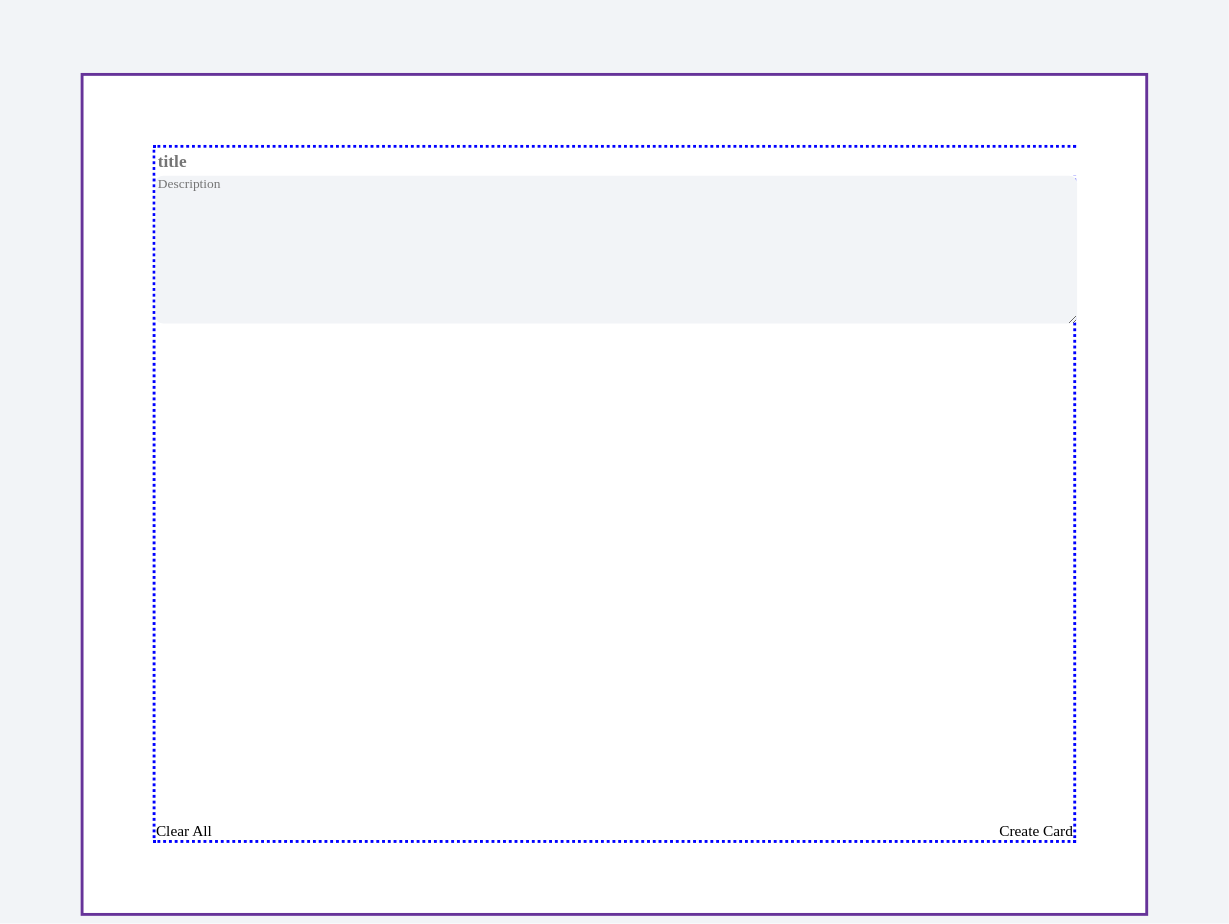
Repository: ReyhanehRahmani/TO-DO
Page: index.html
These files come from the project's save history. The page is drawn as it stood at one moment and after the next save; the edit follows.
The browser window is 1280 px wide. The pictures show the whole page, at 96% of full size.

Above is the page before, as saved 2025-06-07 22:29:34.

After the next save:
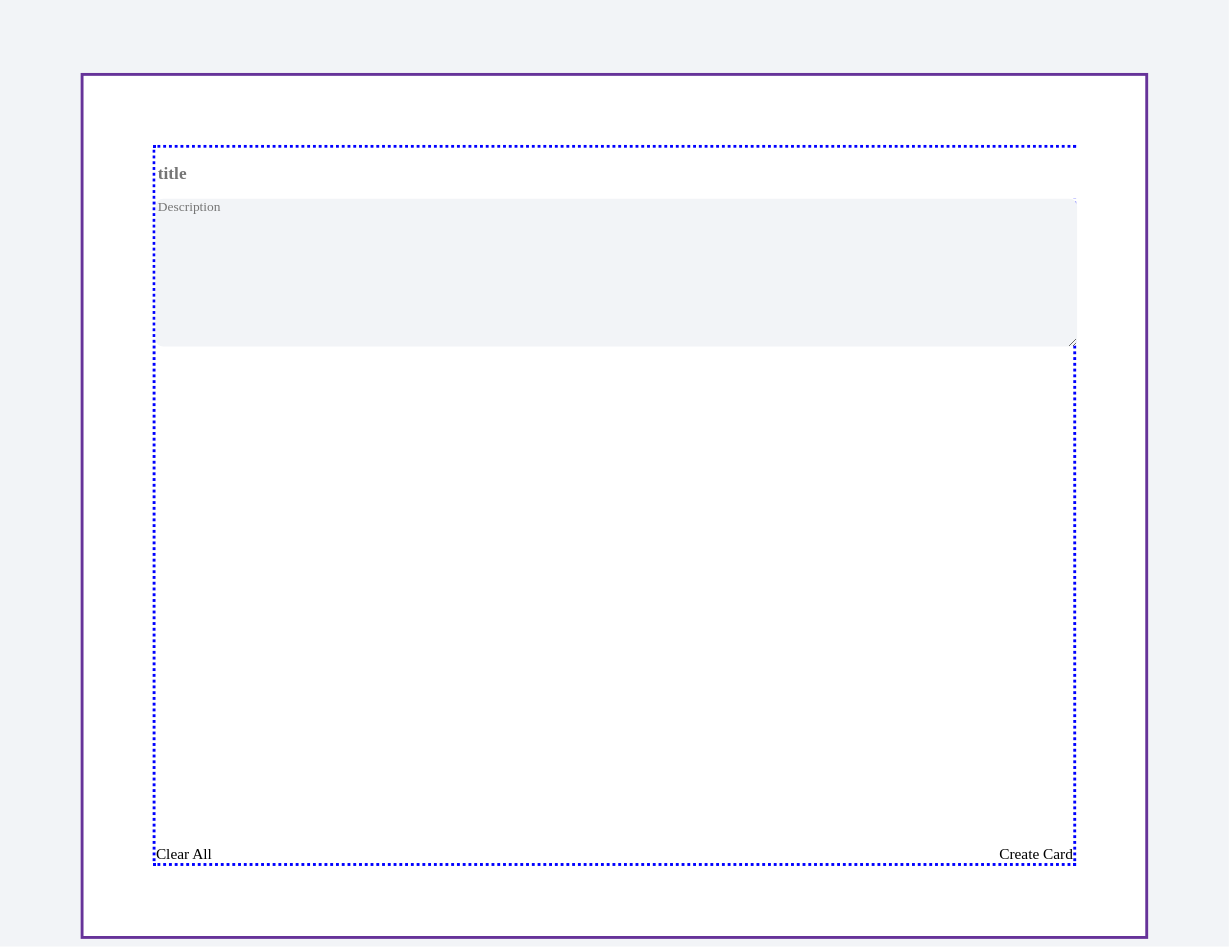
Saved 15 s later.
--- a/style.css
+++ b/style.css
@@ -28,6 +28,7 @@ body{
     letter-spacing: -2%;
     border: none;
     width: 100%;
+    height: 51px;
 }
 
 #descriptionbox{
